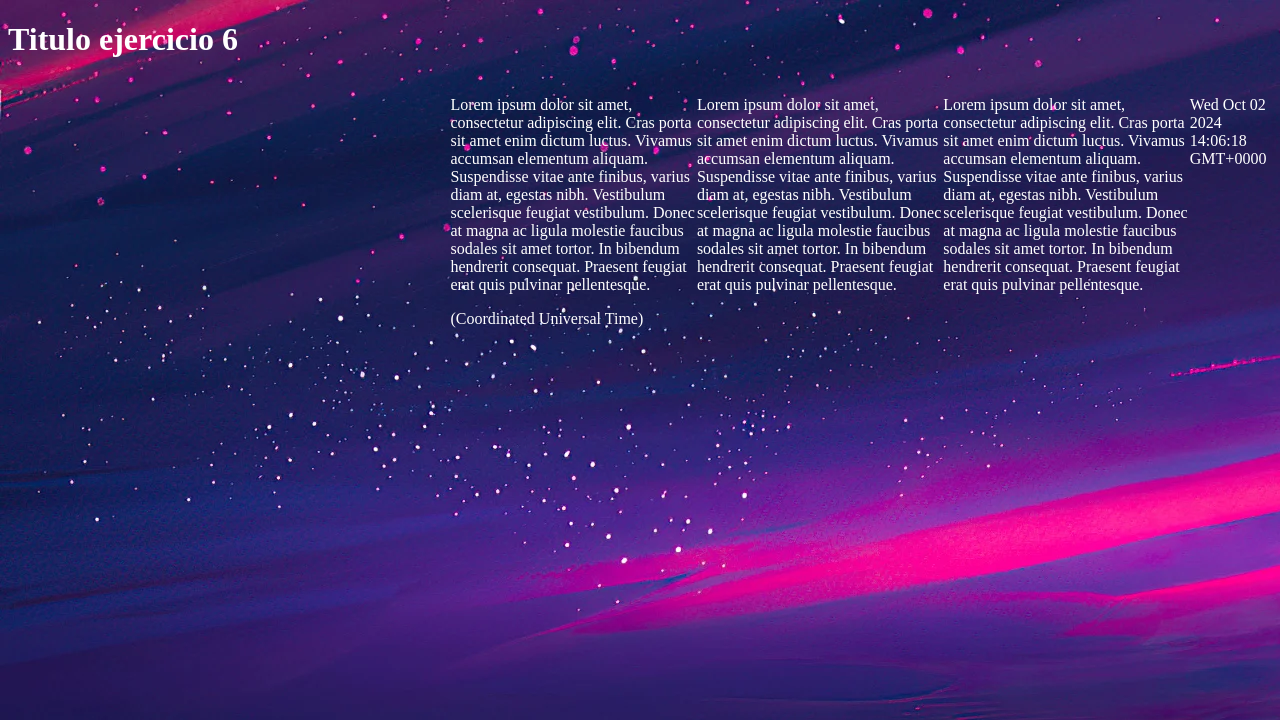
Repository: demoniers/clase
Page: lenguajes/html/ejercicio6/src/index.html
The author's editor kept a copy of each file at every save. The page is drawn from the files as they stood at one save, then again after the next save.
The browser window is 1280 px wide. The pictures show the whole page.

Above is the page before, as saved 2024-10-08 13:06:00.

### lenguajes/html/ejercicio6/src/index.html
<!DOCTYPE html>
<html>
  <head>
    <base href="../img/">
    <title>Hojas de Estilo</title>
    <link rel="icon" type="image/x-icon" href="../img/icon.ico">
    <link rel="stylesheet" href="../style/style.css" />
    <meta name="author" content="Diego" />
    <meta name="description" content="Esto es una web" />
    <!---meta http-equiv="refresh" content="60; URL=http://www.google.com/" /> -->
  </head>

  <body>
    <h1 class="encabezado">Titulo ejercicio 6</h1>
    <div id="container">
      <div class="content" id="conent1">
        <p>Lorem ipsum dolor sit amet, consectetur adipiscing elit. Cras porta sit amet enim dictum luctus. Vivamus accumsan elementum aliquam. Suspendisse vitae ante finibus, varius diam at, egestas nibh. Vestibulum scelerisque feugiat vestibulum. Donec at magna ac ligula molestie faucibus sodales sit amet tortor. In bibendum hendrerit consequat. Praesent feugiat erat quis pulvinar pellentesque.</p>
      </div>
      <div class="content" id="conent3">
        <p>Lorem ipsum dolor sit amet, consectetur adipiscing elit. Cras porta sit amet enim dictum luctus. Vivamus accumsan elementum aliquam. Suspendisse vitae ante finibus, varius diam at, egestas nibh. Vestibulum scelerisque feugiat vestibulum. Donec at magna ac ligula molestie faucibus sodales sit amet tortor. In bibendum hendrerit consequat. Praesent feugiat erat quis pulvinar pellentesque.</p>
      </div>
      <div class="content" id="conent2">
        <p>Lorem ipsum dolor sit amet, consectetur adipiscing elit. Cras porta sit amet enim dictum luctus. Vivamus accumsan elementum aliquam. Suspendisse vitae ante finibus, varius diam at, egestas nibh. Vestibulum scelerisque feugiat vestibulum. Donec at magna ac ligula molestie faucibus sodales sit amet tortor. In bibendum hendrerit consequat. Praesent feugiat erat quis pulvinar pellentesque.</p>
      </div>
      <p id="fh"></p>
    </div>
  </body>
  <script>
    fecha = document.getElementById("fh");
    f = new Date();
    fecha.innerHTML = f;
</script>
</html>

### lenguajes/html/ejercicio6/style/style.css
        /* Estilo que aplica al cuerpo de la página */
        body {
            background-color: #ae58bb;
            background-image: url(../img/fondo.jpg);
            color: white;
        }
        .encabezado {
            width: 25%;
        }
        #container {
            width: 65%;
            display: block;
            align-items: center;
            float: right;
        }
        .content {
            float: left;
            width: 30%;
        }

After the next save:
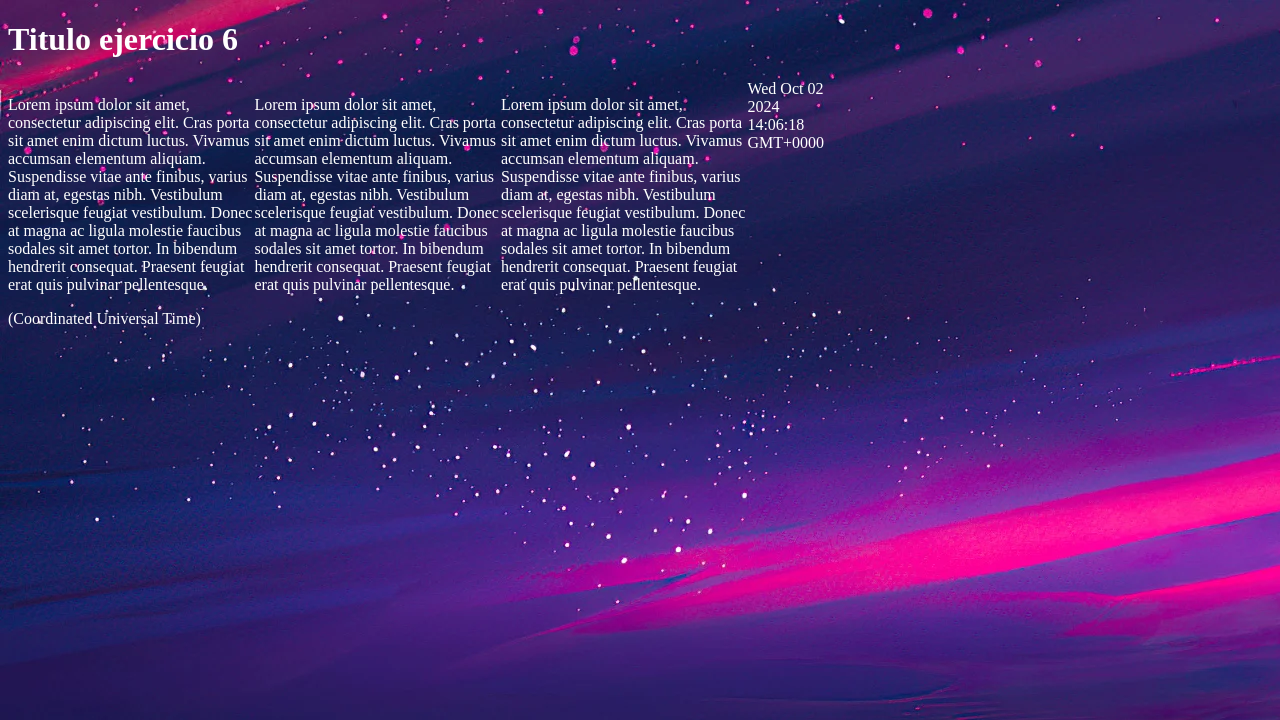
Saved 15 s later.
--- a/lenguajes/html/ejercicio6/style/style.css
+++ b/lenguajes/html/ejercicio6/style/style.css
@@ -11,7 +11,6 @@
             width: 65%;
             display: block;
             align-items: center;
-            float: right;
         }
         .content {
             float: left;
